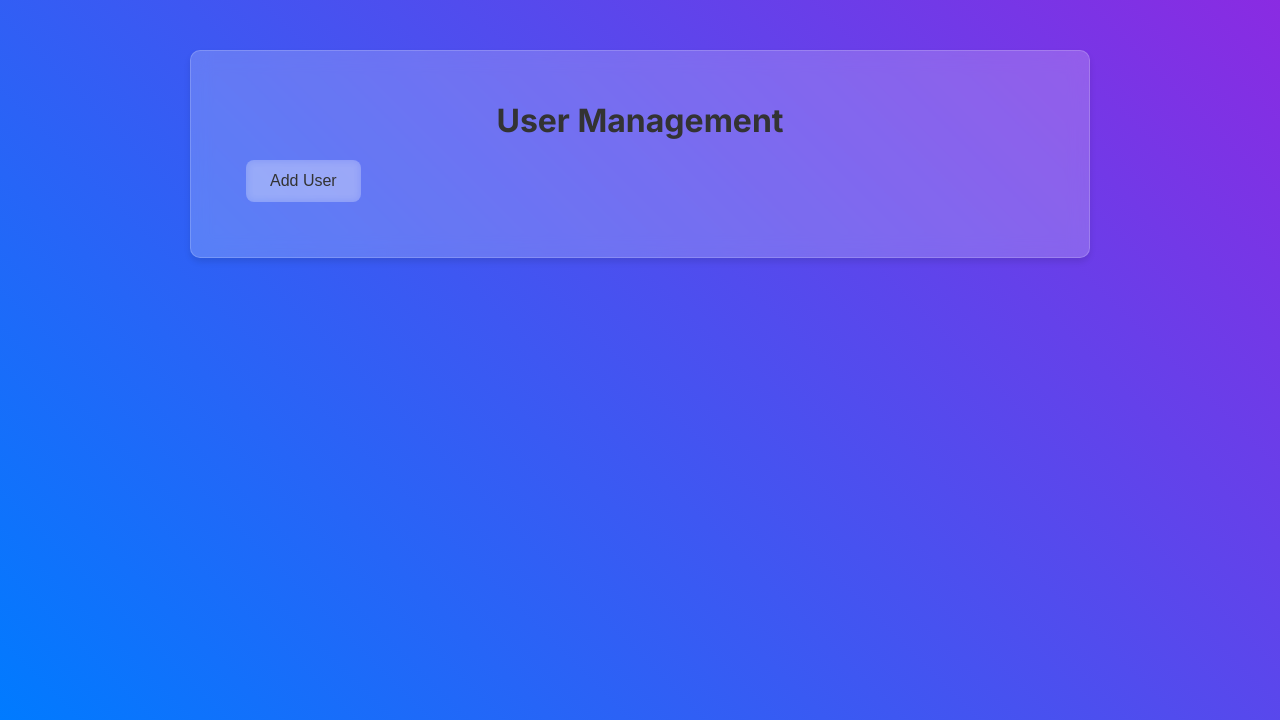
Repository: EeeeeEyyyy/crud-proj
Page: /
The author's editor kept a copy of each file at every save. The page is drawn from the files as they stood at one save, then again after the next save.
The browser window is 1280 px wide. The pictures show the whole page.
The page's requests for data from a server got no answer. The project was rebuilt for these pictures with package versions that can differ from the ones it lists, and the page was loaded fresh each time. The framework's server and built-in components were replaced by stand-ins that run in the browser. No one was signed in, and anything a server would have sent is missing. Also part of the build but not shown: next.config.mjs.

Above is the page before, as saved 2024-06-25 08:22:50.

After the next save:
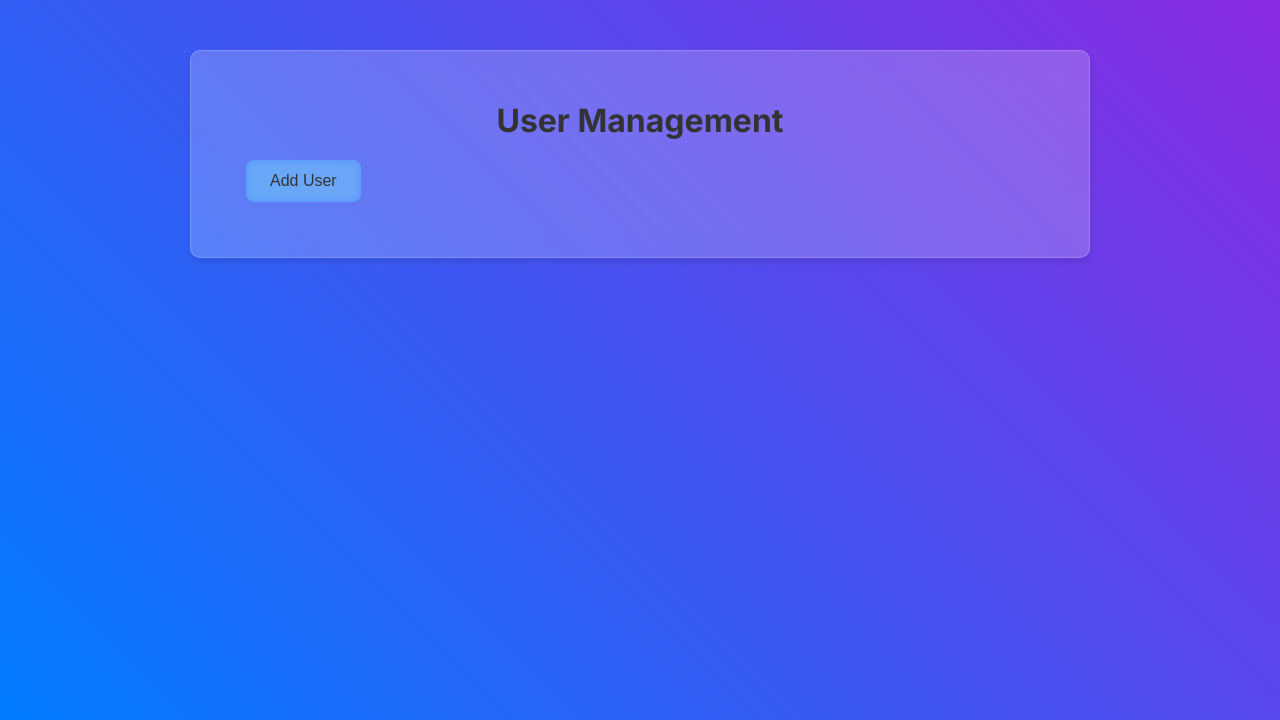
Saved 53 s later.
--- a/src/app/globals.css
+++ b/src/app/globals.css
@@ -379,7 +379,7 @@ h1 {
   flex-direction: row;
   align-items: center;
   gap: 30px;
-  background: rgba(255, 255, 255, 0.2);
+  background: #17f3ff33;
   border: none;
   padding: 12px 24px;
   font-size: 16px;
